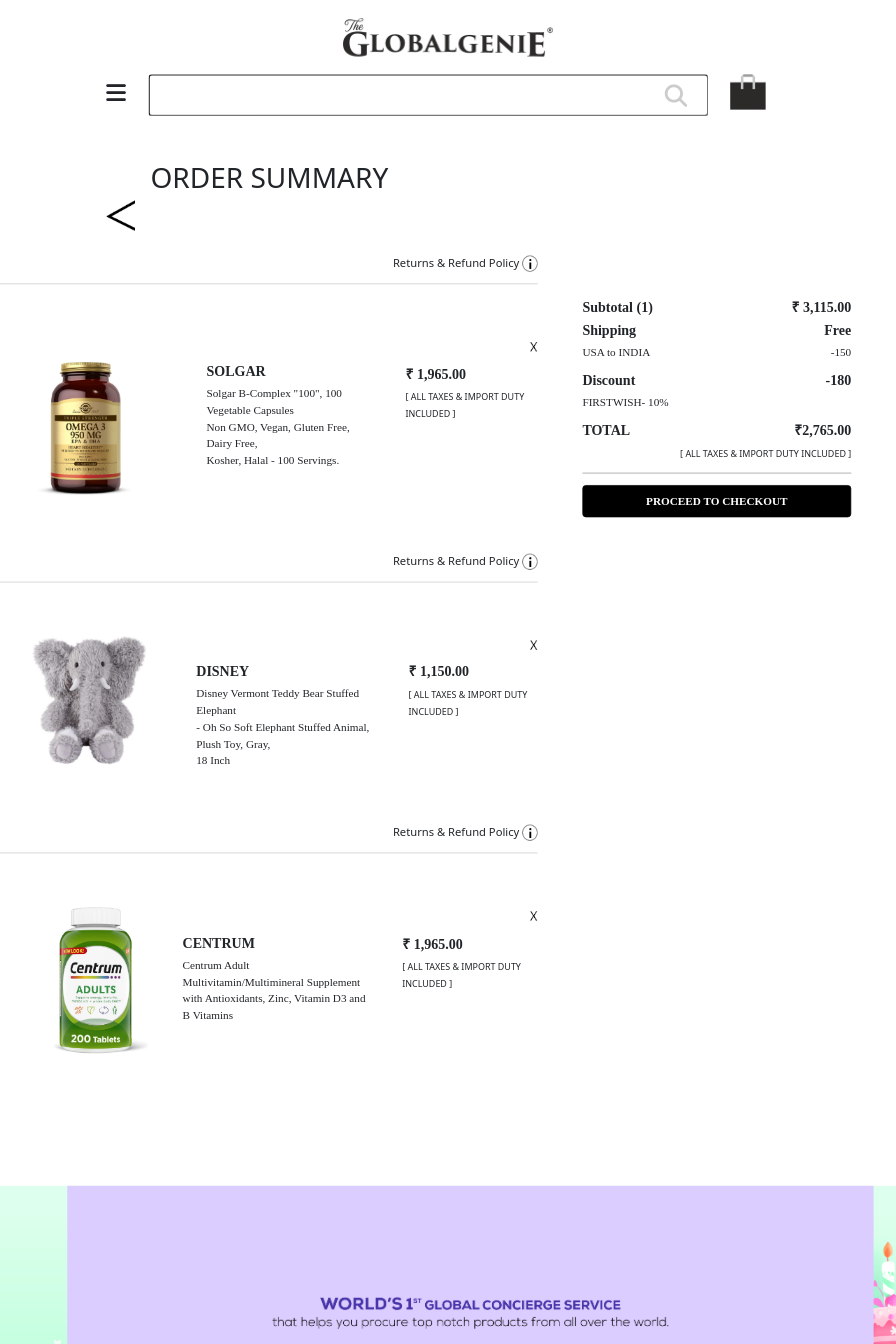
Repository: FlyweisReact/newGlobalGinie
Page: /OrderS
These files come from the project's save history. The page is drawn as it stood at one moment and after the next save; the edit follows.
The browser window is 1280 px wide. The pictures show the part of the page from y = 0 to 1920 px (the page is 3119 px tall before and 3042 px after), at 70% of full size.
Some web libraries are served in a nearby version. The project was rebuilt for these pictures with package versions that can differ from the ones it lists, and the page was loaded fresh each time. Also part of the build but not shown: src/Screen/Return.js, src/Screen/Address.js, src/Screen/AllOrders.js, src/Screen/AllProduct.js, src/Component/Hero2.js, src/Screen/Baby.css, src/Component/Reviews.js, src/Screen/Baby.js and 34 more.

Above is the page before, as saved 2023-02-17 13:52:14.

### public/index.html
<!-- @format -->

<!DOCTYPE html>
<html lang="en">
  <head>
    <meta charset="utf-8" />
    <link rel="icon" href="%PUBLIC_URL%/favicon.ico" />
    <meta name="viewport" content="width=device-width, initial-scale=1" />
    <meta name="theme-color" content="#000000" />
    <meta
      name="description"
      content="Web site created using create-react-app"
    />
    <link rel="apple-touch-icon" href="%PUBLIC_URL%/logo192.png" />
    <link rel="manifest" href="%PUBLIC_URL%/manifest.json" />
    <meta content="width=device-width, initial-scale=1" name="viewport" />

    <title>Global Ginie</title>
  </head>
  <body>
    <noscript>You need to enable JavaScript to run this app.</noscript>
    <div id="root"></div>
  </body>
  <script
    src="https://kit.fontawesome.com/b533b351e4.js"
    crossorigin="anonymous"
  ></script>
</html>

### src/Screen/OrderSummary.js
/** @format */

import React from "react";
import img1 from "../Assets/asset1.png";
import img2 from "../Assets/Oil.png";
import X from "../Assets/X.png";
import img4 from "../Assets/Group 209.png";
import img5 from "../Assets/61f3tehh6-L._AC_.png";
import img6 from "../Assets/712tvc3j0LL._AC_SL1500_.png";

import Give from "../Assets/Get Me This.png";

import Whatsapp from "../Assets/Whatsapp icon.png";
import phone from "../Assets/Phone call.png";
import Mail from "../Assets/Mail Icon.png";
import Footer from "../Component/Footer";

const OrderSummary = () => {
  return (
    <>
      <div className="MyOrderHead">
        <img src={img1} alt="" />
        <h1> ORDER SUMMARY</h1>
      </div>

      <div className="OrderSummary">
        <div className="left">
          <div className="section">
            <p className="sectionP">
              Returns & Refund Policy{" "}
              <span>
                <img src={img4} alt="" />
              </span>
            </p>
            <hr style={{ marginBottom: "10%" }} />
            <img
              src={X}
              alt=""
              className="X"
              style={{ float: "right", fontWeight: "bold" }}
            />

            <div className="Under">
              <div>
                <img src={img2} alt="" />
              </div>
              <div>
                <h5>SOLGAR</h5>
                <p>
                  Solgar B-Complex "100", 100 Vegetable Capsules <br />
                  Non GMO, Vegan, Gluten Free, Dairy Free, <br />
                  Kosher, Halal - 100 Servings.
                </p>
              </div>
              <div>
                <h5 className="spe">₹ 1,965.00</h5>
                <span style={{ fontSize: "0.8rem" }}>
                  [ ALL TAXES & IMPORT DUTY INCLUDED ]
                </span>
              </div>
            </div>
          </div>

          <div className="section">
            <p className="sectionP">
              Returns & Refund Policy{" "}
              <span>
                <img src={img4} alt="" />
              </span>
            </p>
            <hr style={{ marginBottom: "10%" }} />
            <img src={X} alt="" className="X" style={{ float: "right" }} />

            <div className="Under" style={{ marginLeft: "6%" }}>
              <div>
                <img src={img5} alt="" />
              </div>
              <div style={{ marginLeft: "3%" }}>
                <h5>DISNEY</h5>
                <p>
                  Disney Vermont Teddy Bear Stuffed Elephant <br /> - Oh So Soft
                  Elephant Stuffed Animal, Plush Toy, Gray, <br />
                  18 Inch
                </p>
              </div>
              <div>
                <h5 className="spe">₹ 1,150.00</h5>
                <span style={{ fontSize: "0.8rem" }}>
                  [ ALL TAXES & IMPORT DUTY INCLUDED ]
                </span>
              </div>
            </div>
          </div>

          <div className="section">
            <p className="sectionP">
              Returns & Refund Policy{" "}
              <span>
                <img src={img4} alt="" />
              </span>
            </p>
            <hr style={{ marginBottom: "10%" }} />
            <img src={X} alt="" className="X" style={{ float: "right" }} />

            <div className="Under" style={{ marginLeft: "10%" }}>
              <div>
                <img src={img6} alt="" />
              </div>
              <div>
                <h5>CENTRUM</h5>
                <p>
                  Centrum Adult Multivitamin/Multimineral Supplement <br />
                  with Antioxidants, Zinc, Vitamin D3 and B Vitamins
                </p>
              </div>
              <div>
                <h5 className="spe">₹ 1,965.00</h5>
                <span style={{ fontSize: "0.8rem" }}>
                  [ ALL TAXES & IMPORT DUTY INCLUDED ]
                </span>
              </div>
            </div>
          </div>
        </div>
        <div className="right">
          <div className="upper">
            <h5>Subtotal (1)</h5>
            <h5 className="down">₹ 3,115.00</h5>
          </div>

          <div className="upper">
            <div>
              <h5>Shipping</h5>
              <p>USA to INDIA</p>
            </div>
            <div className="down">
              <h5>Free</h5>
              <p>-150</p>
            </div>
          </div>

          <div className="upper">
            <div>
              <h5>Discount</h5>
              <p>FIRSTWISH- 10%</p>
            </div>
            <div>
              <h5>-180</h5>
            </div>
          </div>

          <div className="upper">
            <div>
              <h5>TOTAL</h5>
            </div>
            <div>
              <h5 style={{ textAlign: "right" }}>₹2,765.00</h5>
              <span style={{ fontSize: "0.8rem" }}>
                [ ALL TAXES & IMPORT DUTY INCLUDED ]
              </span>
            </div>
          </div>

          <hr style={{ border: "1px solid black" }} />
          <button>PROCEED TO CHECKOUT</button>
        </div>
      </div>

      <div className="OrderSummaryDropDown">
        <div className="upper">
          <h5>Subtotal (1)</h5>
          <h5 className="down">₹ 3,115.00</h5>
        </div>

        <div className="upper">
          <div>
            <h5>Shipping</h5>
            <p>USA to INDIA</p>
          </div>
          <div className="down">
            <h5>Free</h5>
            <p>-150</p>
          </div>
        </div>

        <div className="upper">
          <div>
            <h5>Discount</h5>
            <p>FIRSTWISH- 10%</p>
          </div>
          <div>
            <h5>-180</h5>
          </div>
        </div>

        <div className="upper">
          <div>
            <h5>TOTAL</h5>
          </div>
          <div>
            <h5 style={{ textAlign: "right" }}>₹2,765.00</h5>
            <span style={{ fontSize: "0.8rem" }}>
              [ ALL TAXES & IMPORT DUTY INCLUDED ]
            </span>
          </div>
        </div>

        <hr style={{ border: "1px solid black" }} />
        <button>PROCEED TO CHECKOUT</button>
      </div>

      <div className="Give">
        <img src={Give} alt="" />
      </div>

      <h1 style={{ textAlign: "center", fontFamily: "MonumentMine" }}>
        TALK TO HUMAN
      </h1>
      <div className="human">
        <div>
          <img src={phone} alt="" />
          <h3 style={{ fontWeight: "400", paddingTop: "10%" }}>PHONE</h3>
        </div>
        <div className="Hori"></div>
        <div>
          <img src={Mail} alt="" />
          <h3 style={{ fontWeight: "400", paddingTop: "10%" }}>EMAIL US</h3>
        </div>
        <div className="Hori"></div>

        <div>
          <img src={Whatsapp} alt="" />
          <h3 style={{ fontWeight: "400", paddingTop: "10%" }}>WHATSAPP US</h3>
        </div>
      </div>
      <Footer />
    </>
  );
};

export default OrderSummary;

Loaded but not shown: src/Component/NavBar.js (292 lines, source omitted); src/App.js (99 lines, source omitted); src/Component/Footer.js (53 lines, source omitted); src/index.js (14 lines, source omitted); src/index.css (2935 lines, source omitted)

After the next save:
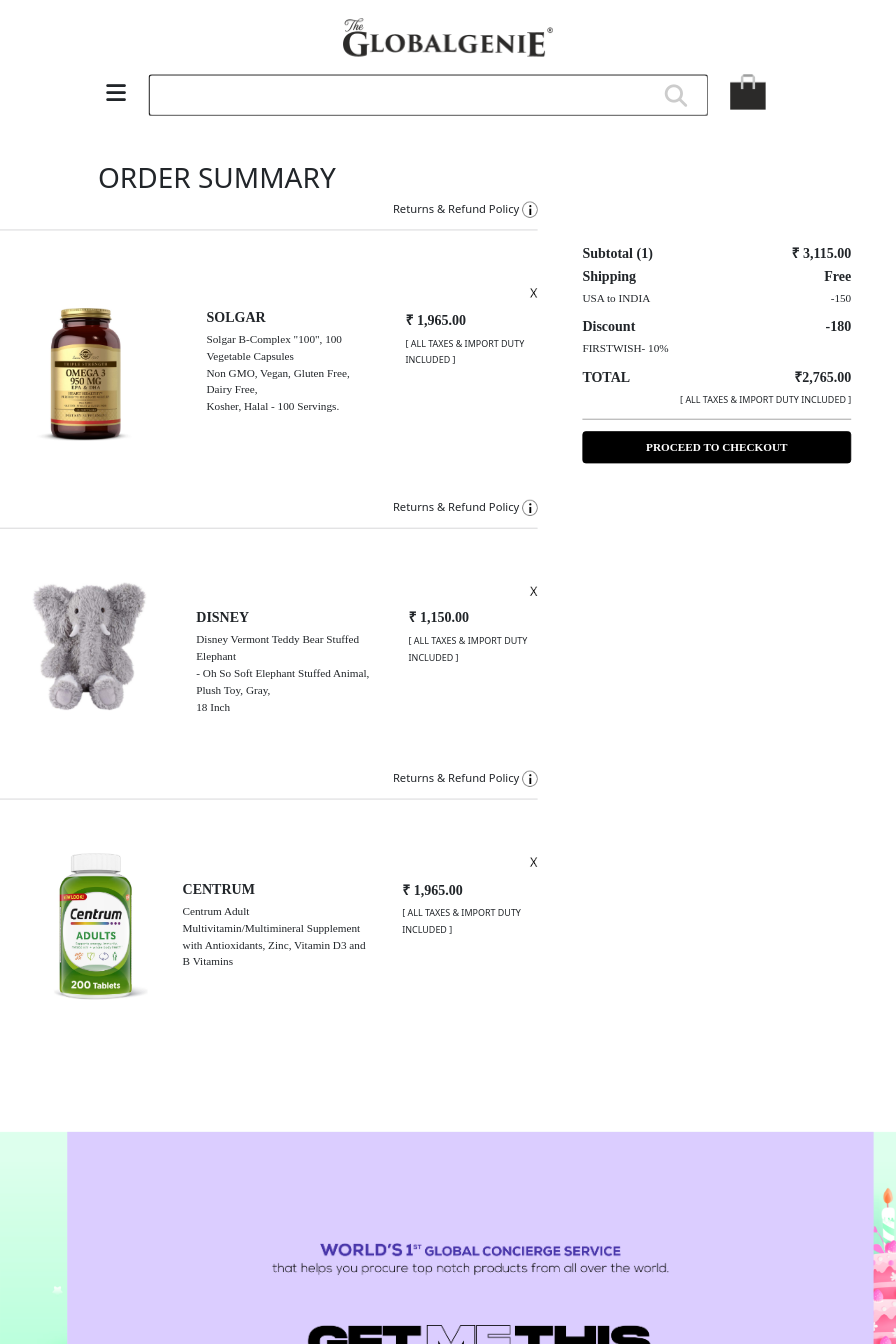
Saved 21 s later.
--- a/src/Screen/OrderSummary.js
+++ b/src/Screen/OrderSummary.js
@@ -19,7 +19,6 @@
   return (
     <>
       <div className="MyOrderHead">
-        <img src={img1} alt="" />
         <h1> ORDER SUMMARY</h1>
       </div>
 
